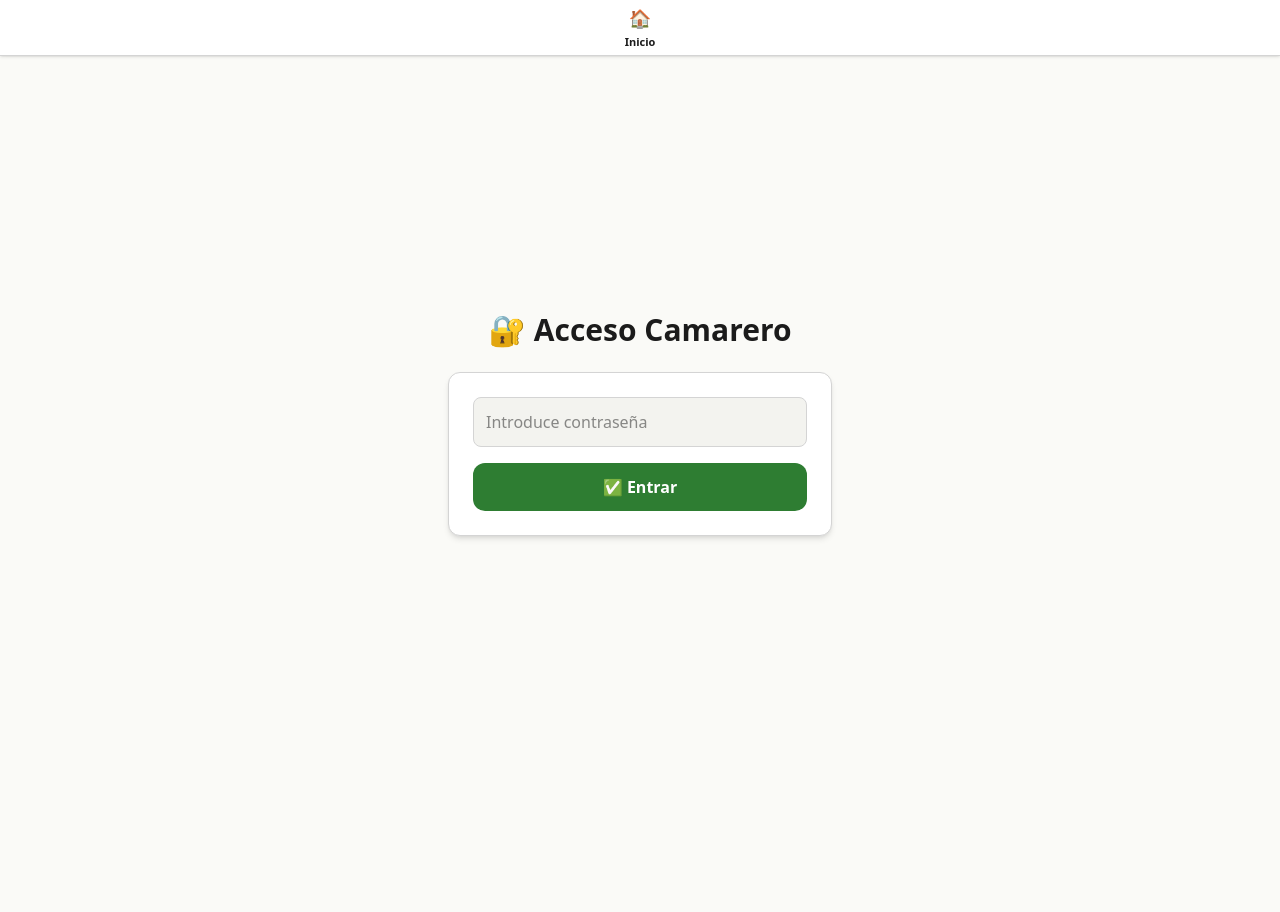
Repository: jrcardenas/sirvaapp
Page: /admin
The author's editor kept a copy of each file at every save. The page is drawn from the files as they stood at one save, then again after the next save.
The browser window is 1280 px wide. The pictures show the whole page.
The project was rebuilt for these pictures with package versions that can differ from the ones it lists, and the page was loaded fresh each time. The framework's server and built-in components were replaced by stand-ins that run in the browser. Also part of the build but not shown: next.config.ts, app/components/ui/CallWaiterToast.tsx.

Above is the page before, as saved 2025-11-04 00:33:58.

After the next save:
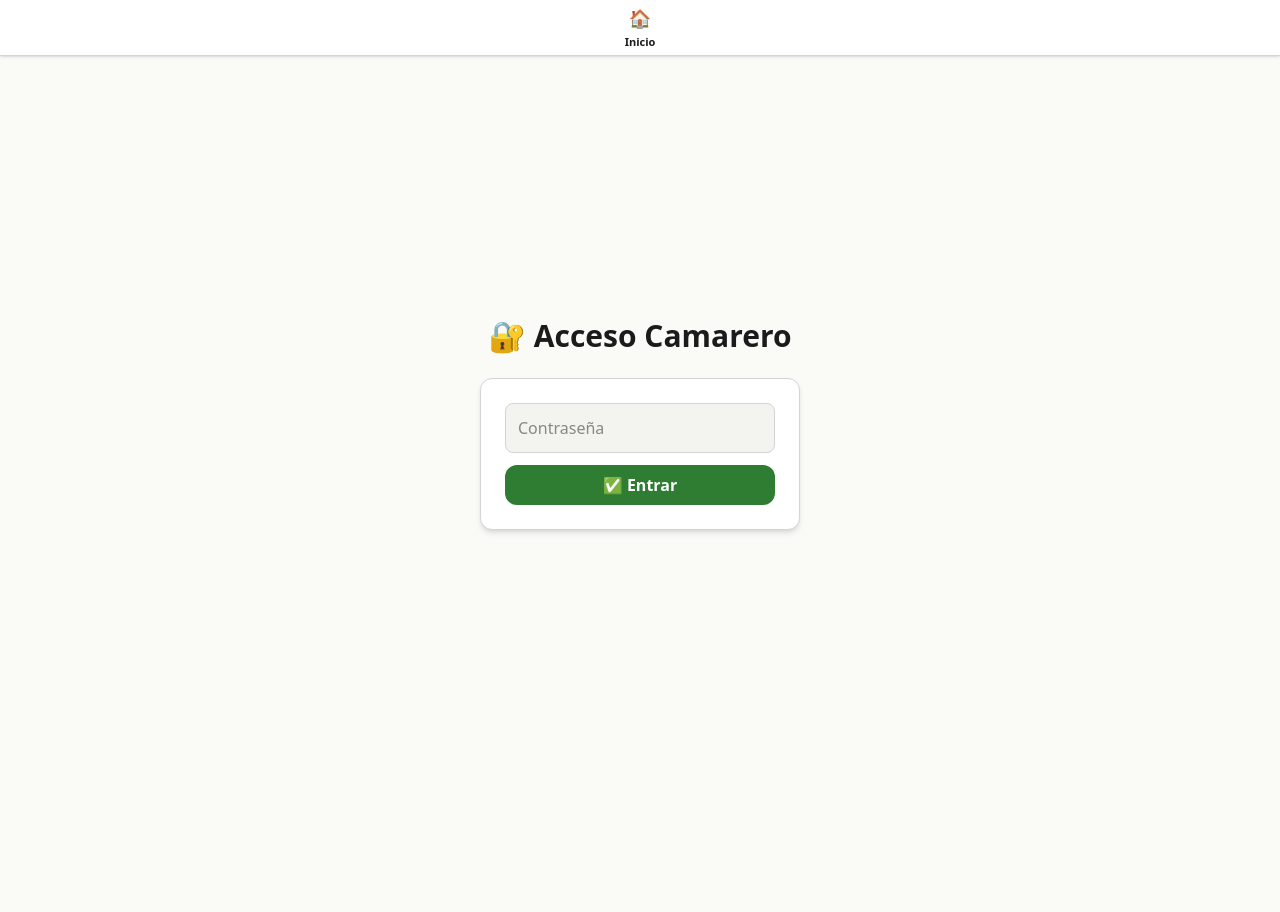
Saved 2 min 7 s later.
--- a/app/admin/page.tsx
+++ b/app/admin/page.tsx
@@ -7,14 +7,14 @@
   const router = useRouter();
   const [password, setPassword] = useState("");
 
-  // ✅ Si ya está logueado → pasar al panel directamente
+  // ✅ Si ya está logueado → ir al panel
   useEffect(() => {
-    if (localStorage.getItem("admin-auth") === "true") {
-      router.replace("/admin/panel");
+    if (typeof window !== "undefined" && localStorage.getItem("admin-auth") === "true") {
+      router.push("/admin/panel");
     }
   }, [router]);
 
-  const handleSubmit = () => {
+  const handleLogin = () => {
     if (password === "1234") {
       localStorage.setItem("admin-auth", "true");
       router.push("/admin/panel");
@@ -24,22 +24,21 @@
   };
 
   return (
-    <main className="min-h-screen flex flex-col items-center justify-center bg-background px-6">
-      <h1 className="text-3xl font-bold text-textDark mb-6">
-        🔐 Acceso Camarero
-      </h1>
+    <main className="min-h-screen flex flex-col items-center justify-center bg-background p-6">
+      <h1 className="text-3xl font-bold text-center mb-6">🔐 Acceso Camarero</h1>
 
-      <div className="bg-surface p-6 rounded-xl border border-border shadow-md w-full max-w-sm">
+      <div className="w-full max-w-xs bg-surface p-6 rounded-xl shadow-md border border-border">
         <input
           type="password"
+          placeholder="Contraseña"
+          className="w-full bg-surfaceAlt border border-border rounded-lg p-3 mb-3"
           value={password}
           onChange={(e) => setPassword(e.target.value)}
-          placeholder="Introduce contraseña"
-          className="w-full bg-surfaceAlt border border-border rounded-lg p-3 mb-4"
         />
+
         <button
-          onClick={handleSubmit}
-          className="w-full py-3 bg-primary text-white font-bold rounded-xl active:scale-95"
+          onClick={handleLogin}
+          className="w-full bg-primary text-white py-2 rounded-xl font-bold active:scale-95"
         >
           ✅ Entrar
         </button>
